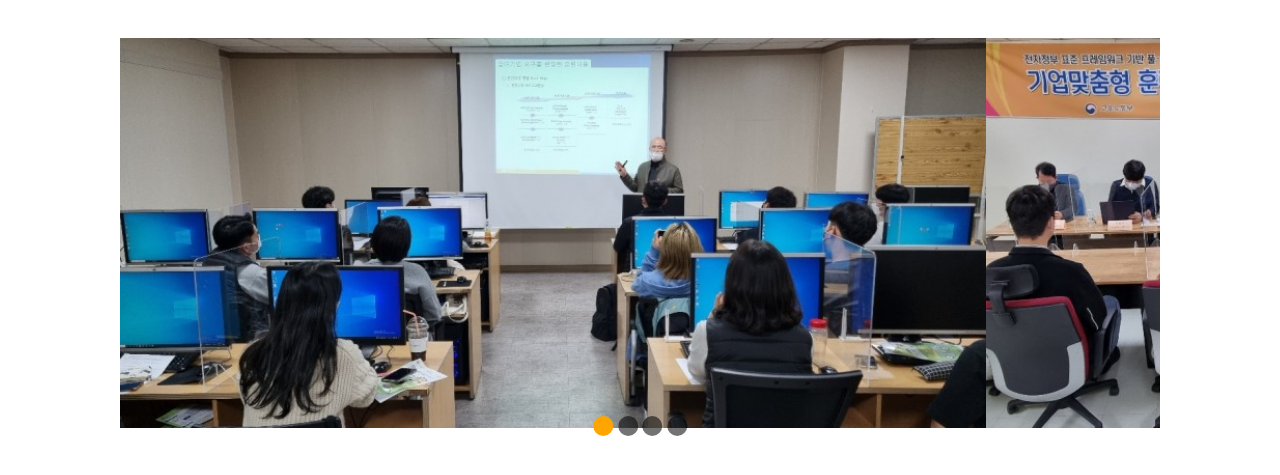
Repository: JavaJin96/kr.or.ddit.HighJava
Page: http://localhost/TeamProjectDCUM/work_kmk/iframe_kmk/slider.jsp
These files come from the project's save history. The page is drawn as it stood at one moment and after the next save; the edit follows.
The browser window is 1280 px wide. The pictures show the whole page.
The page is served by Tomcat 9.

Above is the page before, as saved 2022-02-16 01:24:28.

After the next save:
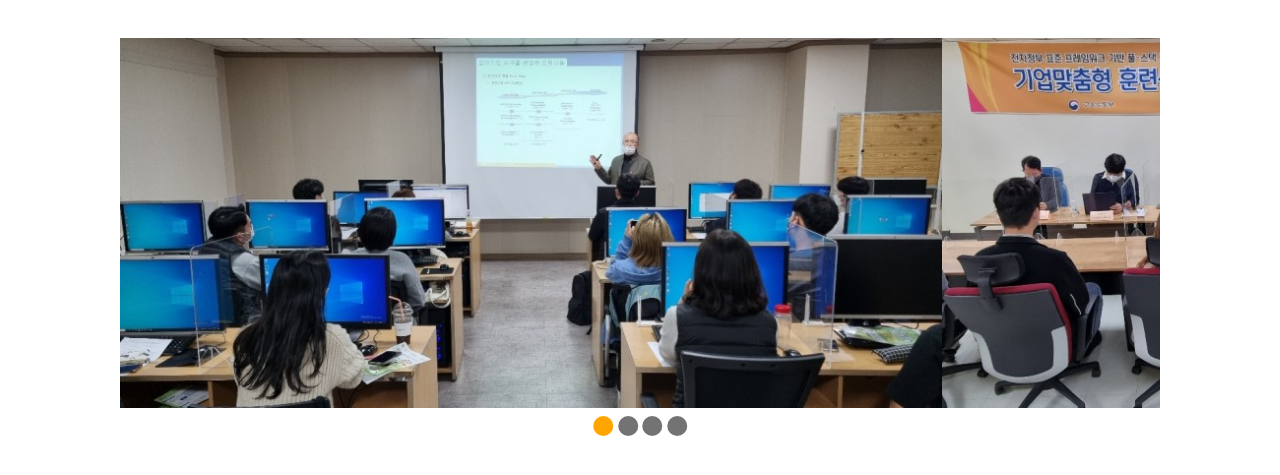
Saved 8 s later.
--- a/3.Highjava/workspace/TeamProjectDCUM/WebContent/work_kmk/iframe_kmk/slider.jsp
+++ b/3.Highjava/workspace/TeamProjectDCUM/WebContent/work_kmk/iframe_kmk/slider.jsp
@@ -25,7 +25,7 @@
     display: none;
 }
 img{
-	height : 390px;
+	height : 370px;
 }
 
 ul.imgs{
